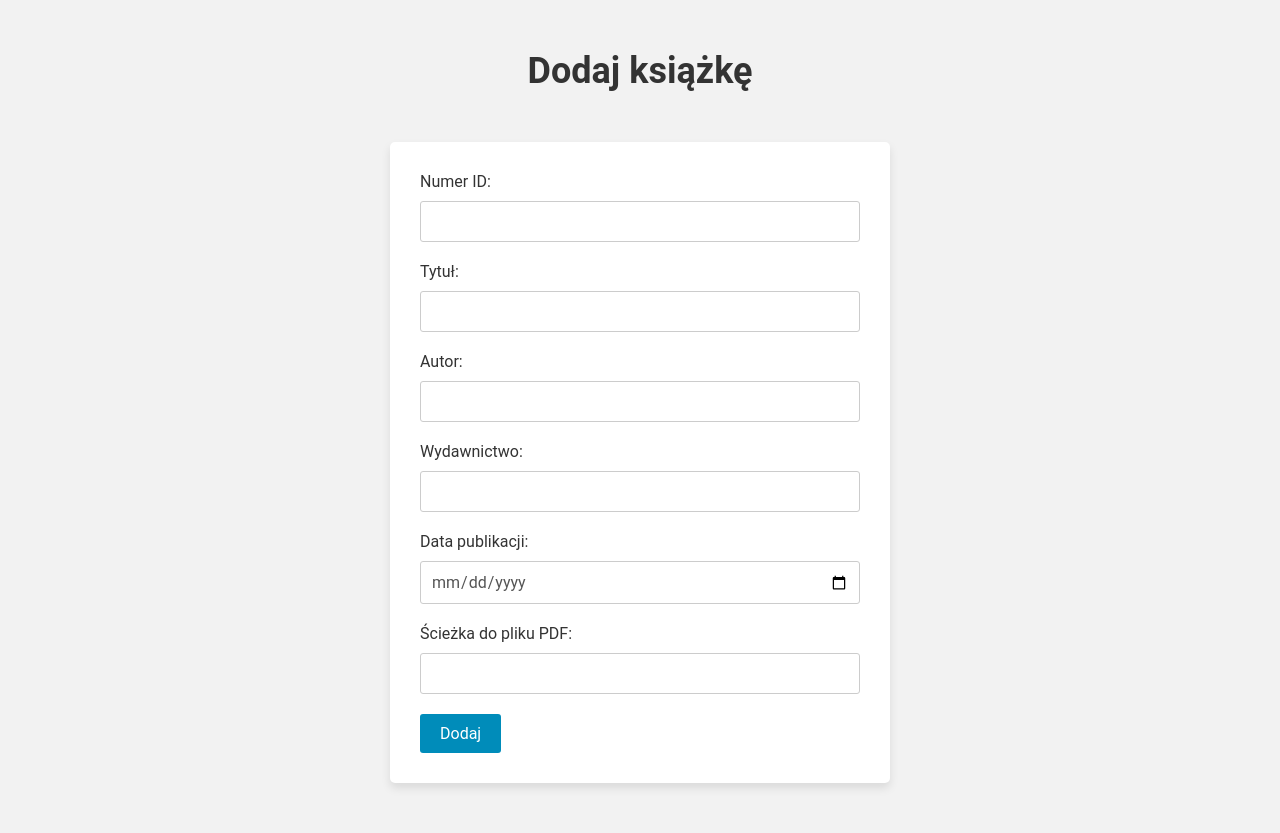
Repository: Dominik098/projekt
Page: http://localhost/biblioteka/Dodaj_ksiazke.jsp
An editor plug-in stored every save of this project. The page is shown before and after the next save, followed by the edit.
The browser window is 1280 px wide. The pictures show the whole page.
The page is served by Tomcat 9.

Above is the page before, as saved 2023-05-02 11:07:58.

After the next save:
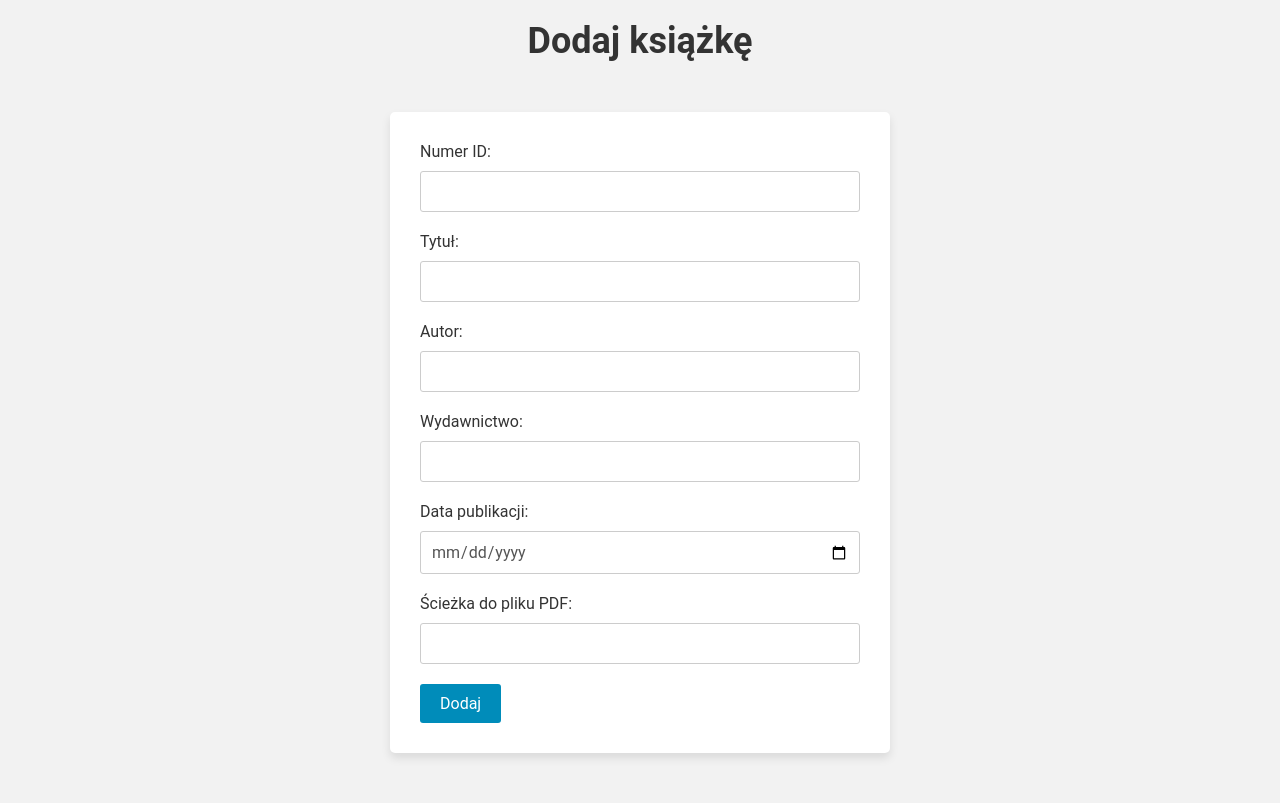
Saved 49 s later.
--- a/java projekt/biblioteka/src/main/webapp/Dodaj_ksiazke.jsp
+++ b/java projekt/biblioteka/src/main/webapp/Dodaj_ksiazke.jsp
@@ -21,7 +21,7 @@ body {
 
 h1 {
   text-align: center;
-  margin-top: 50px;
+  margin-top: 20px;
   font-size: 36px;
   color: #333;
 }
